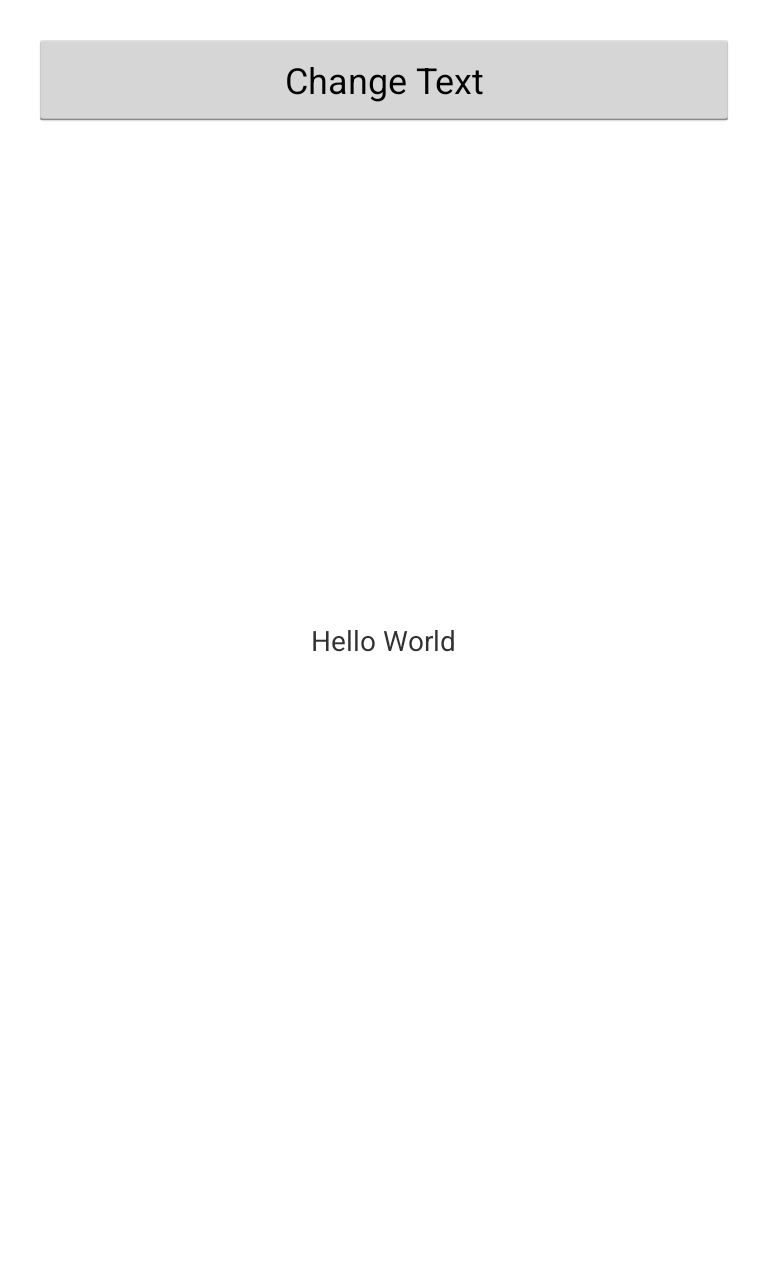
Repository: qizhemayishangjie/AndroidExamples
Layout: AndroidThreadTest/res/layout/activity_main.xml
An editor plug-in stored every save of this project. The layout is shown before and after the next save, followed by the edit.
It is drawn on a 768 x 1280 px phone screen (xhdpi) without system bars, with theme AppTheme; the app's code is not run.

Above is the layout before, as saved 2016-01-09 04:03:41.

After the next save:
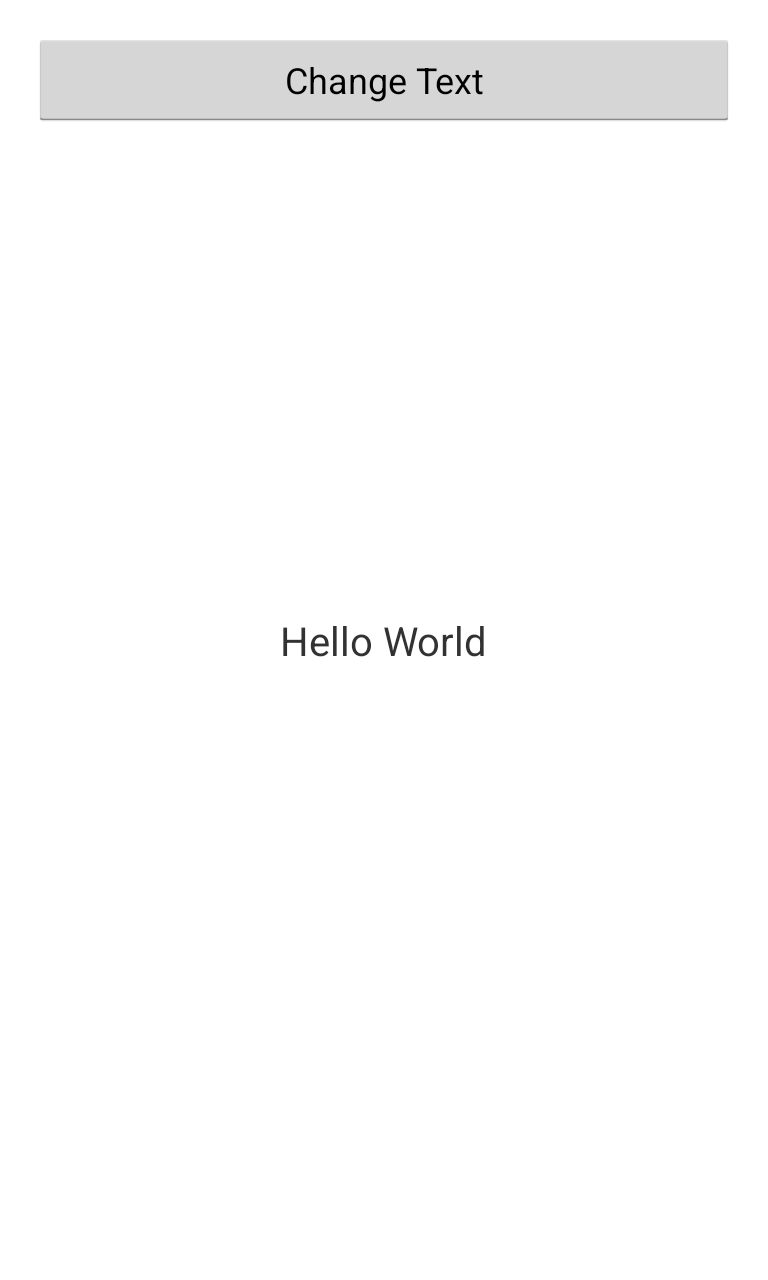
Saved 30 s later.
--- a/AndroidThreadTest/res/layout/activity_main.xml
+++ b/AndroidThreadTest/res/layout/activity_main.xml
@@ -17,5 +17,6 @@
         android:layout_width="wrap_content"
         android:layout_height="wrap_content"
         android:layout_centerInParent="true"
-        android:text="Hello World"/>
+        android:text="Hello World"
+        android:textSize="20sp"/>
 </RelativeLayout>
